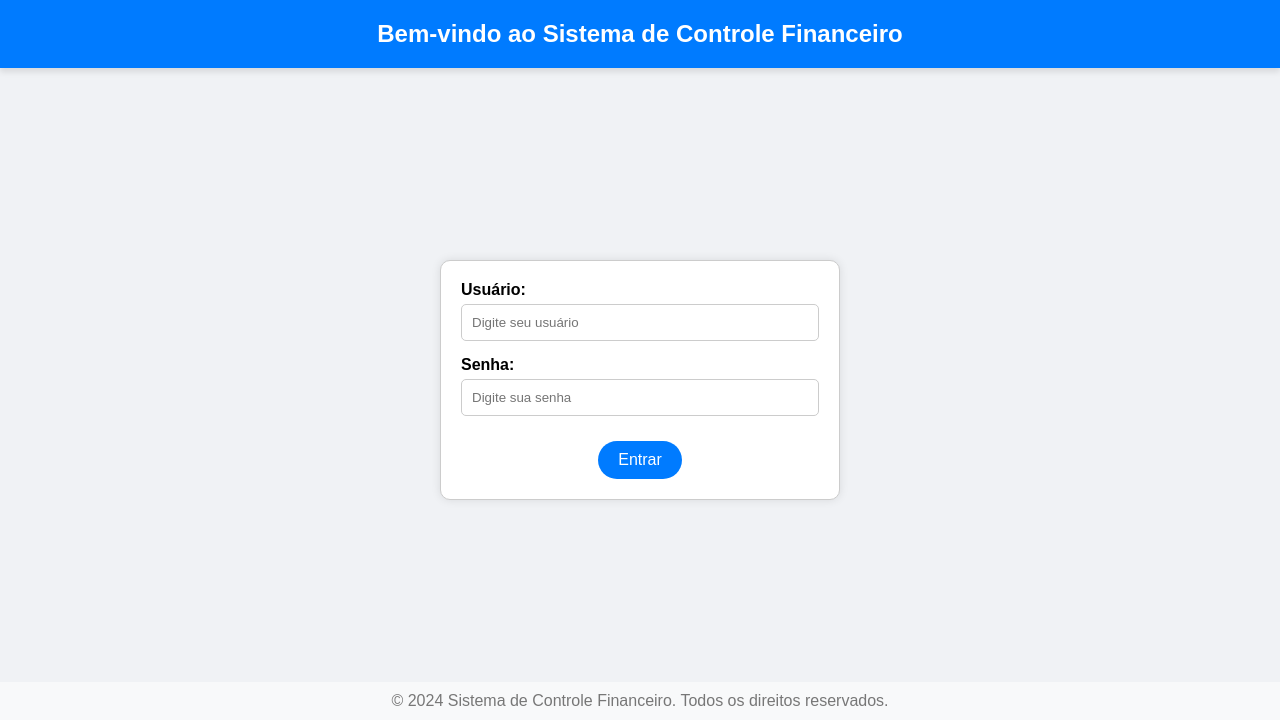
Repository: LucasMontalvao1/ProjetoMaxima
Page: / (app in AngularMaxima/)
An editor plug-in stored every save of this project. The page is shown before and after the next save, followed by the edit.
The browser window is 1280 px wide. The pictures show the whole page.
The project was rebuilt for these pictures with package versions that can differ from the ones it lists, and the page was loaded fresh each time. Also part of the build but not shown: AngularMaxima/angular.json, AngularMaxima/src/app/pages/home/home.component.ts.

Above is the page before, as saved 2024-07-14 17:30:55.

After the next save:
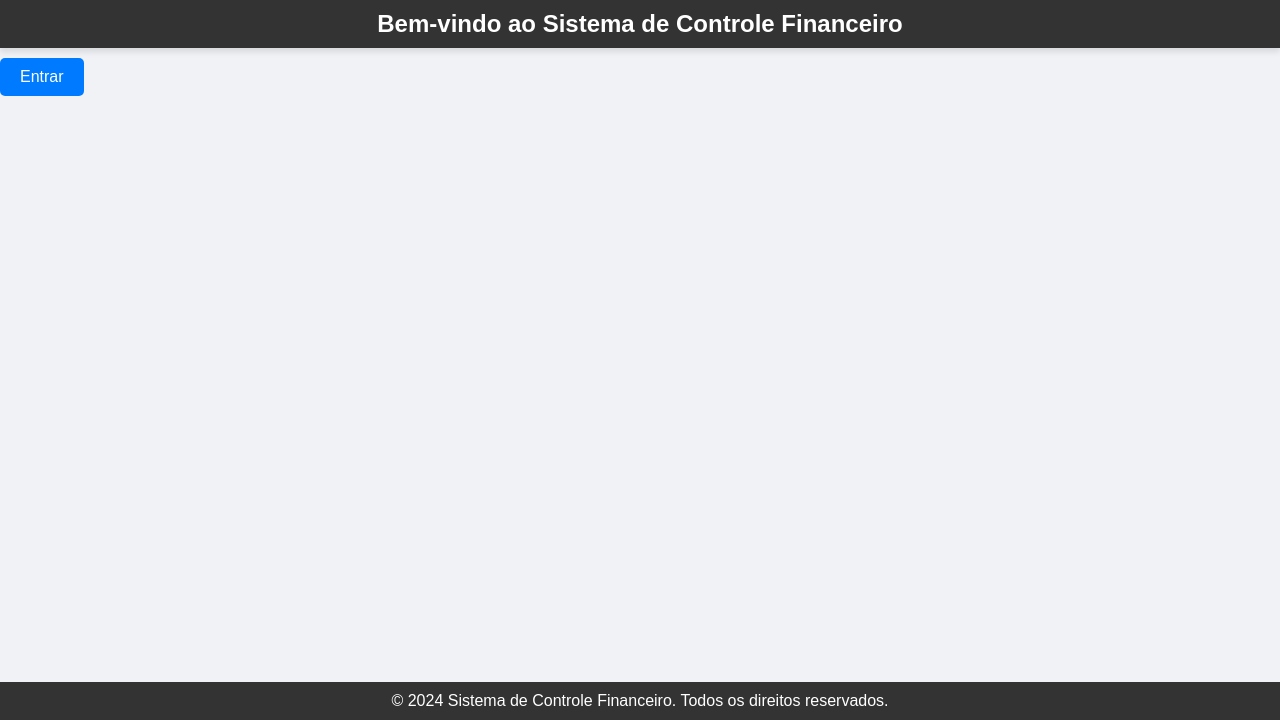
Saved 90 s later.
--- a/AngularMaxima/src/app/pages/login/login.component.css
+++ b/AngularMaxima/src/app/pages/login/login.component.css
@@ -1,71 +1,102 @@
-.login-container {
+* {
+  margin: 0;
+  padding: 0;
+  box-sizing: border-box;
+}
+
+body {
+  font-family: Arial, sans-serif;
+  background-color: #f0f0f0;
+}
+
+.container {
+  display: flex;
+  flex-direction: column;
+  justify-content: space-between;
+  min-height: 100vh;
+
+}
+
+.titulo {
+  margin: auto;
+  margin-bottom: 20px;
+}
+.header, .footer {
+  background-color: #333;
+  color: white;
+  text-align: center;
+  padding: 10px 0;
+}
+
+.header {
+  position: fixed;
+  top: 0;
+  width: 100%;
+}
+
+.main-content {
   flex: 1;
   display: flex;
   justify-content: center;
   align-items: center;
-  padding: 20px;
-  margin-top: 80px; /* Espaço para o header fixo */
-  margin-bottom: 40px; /* Espaço para o footer fixo */
 }
 
-.login-container form {
+.login-form {
+  background-color: white;
+  padding: 50px;
+  border-radius: 30px;
+  box-shadow: 0 0 10px rgba(0, 0, 0, 0.1);
+  display: flex;
+  flex-direction: column;
+  gap: 15px;
+  width: 100%;
   max-width: 400px;
-  width: 100%;
-  padding: 20px;
-  border: 1px solid #ccc;
-  border-radius: 10px;
-  box-shadow: 0 0 10px rgba(0, 0, 0, 0.1);
-  background-color: #fff;
-  text-align: center;
-  animation: fadeIn 1s ease-in-out;
 }
 
-/* Animação de fade-in */
-@keyframes fadeIn {
-  from { opacity: 0; }
-  to { opacity: 1; }
+.form-login {
+  display: flex;
+  flex-direction: column;
 }
 
-/* Estilos para os campos do formulário */
-.form-group {
-  margin-bottom: 15px;
-  text-align: left;
+.form-login label {
+  margin-bottom: 8px;
+  margin-top: 8px;
 }
 
-label {
-  display: block;
-  font-weight: bold;
-  margin-bottom: 5px;
+.form-login input {
+  padding: 10px;
+  border-radius: 5px;
+  border: 1px solid #ccc;
 }
 
-.form-control {
-  width: 100%;
-  padding: 10px;
-  border: 1px solid #ccc;
+button {
+  margin-top: 20px;
+  padding: 10px 20px;
+  background-color: #007BFF;
+  color: white;
+  border: none;
   border-radius: 5px;
-  transition: border-color 0.3s, box-shadow 0.3s;
+  cursor: pointer;
+  font-size: 1rem;
+  transition: background-color 0.3s ease;
 }
 
-.form-control:focus {
-  border-color: #007bff;
-  outline: none;
-  box-shadow: 0 0 5px rgba(0, 123, 255, 0.5);
+button:hover {
+  background-color: #0056b3;
 }
 
-/* Estilos para o botão de login */
-.login-button {
-  background-color: #007bff;
-  color: #fff;
-  border: none;
-  padding: 10px 20px;
-  border-radius: 20px;
-  font-size: 16px;
-  cursor: pointer;
-  transition: background-color 0.3s, transform 0.3s;
-  margin-top: 10px;
+.error-message {
+  color: red;
+  font-size: 0.9rem;
+  margin-top: 5px;
 }
 
-.login-button:hover {
-  background-color: #0069d9;
-  transform: scale(1.05);
+.footer {
+  position: fixed;
+  bottom: 0;
+  width: 100%;
+  background-color: #333;
+  color: white;
+  text-align: center;
+  padding: 10px 0;
 }
